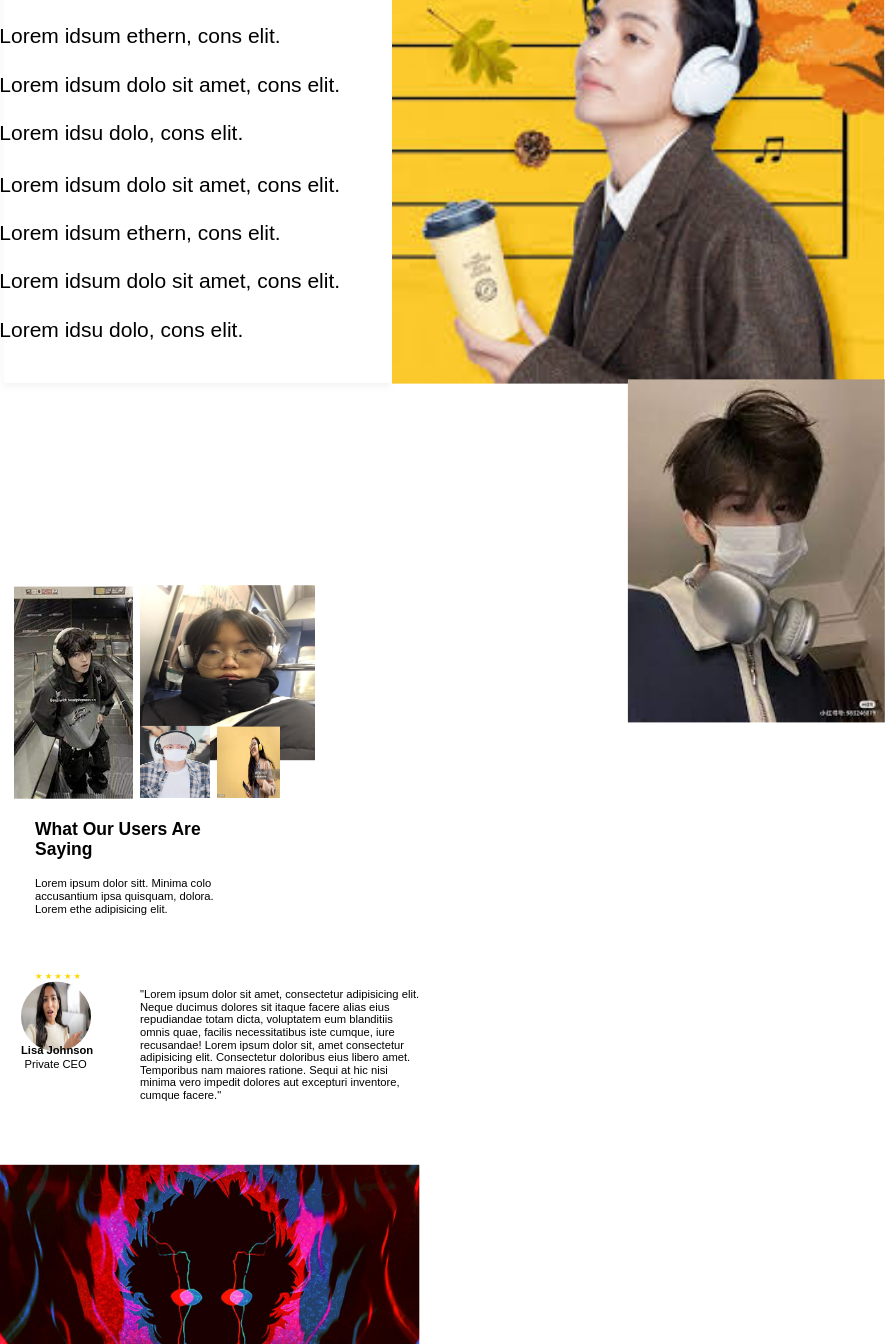
Repository: Femi007-gh/headphones
Page: index.html
These files come from the project's save history. The page is drawn as it stood at one moment and after the next save; the edit follows.
The browser window is 1280 px wide. The pictures show the part of the page from y = 4070 to 5990 px (the page is 6333 px tall), at 70% of full size.

Above is the page before, as saved 2025-03-03 09:14:46.

After the next save:
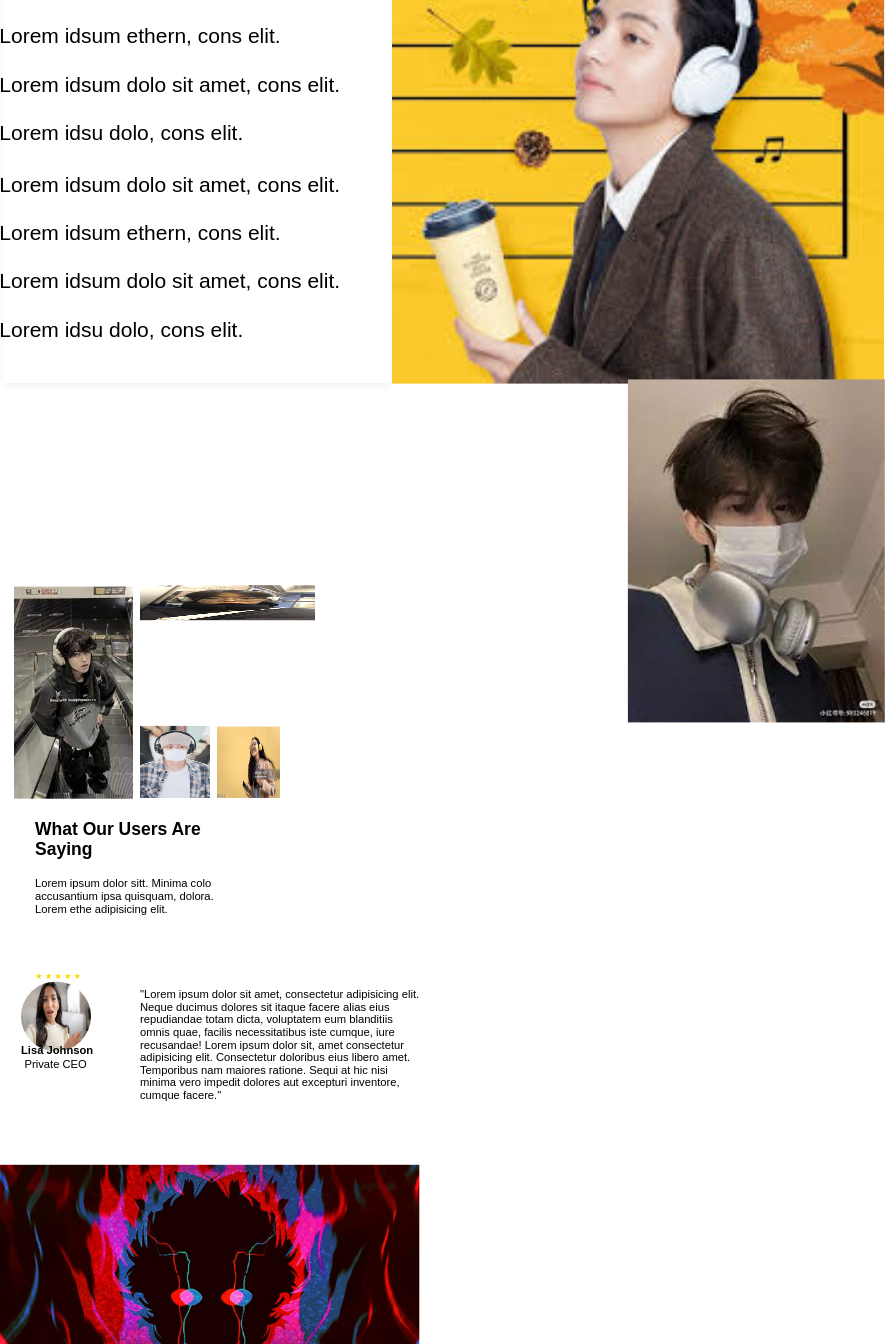
Saved 26 s later.
--- a/style.css
+++ b/style.css
@@ -376,7 +376,7 @@
   }
   .hp7-7{
   width: 250px;
-  height: 250px;
+  height: 50px;
   margin-top: -305px;
   margin-left: 200px;
   }
